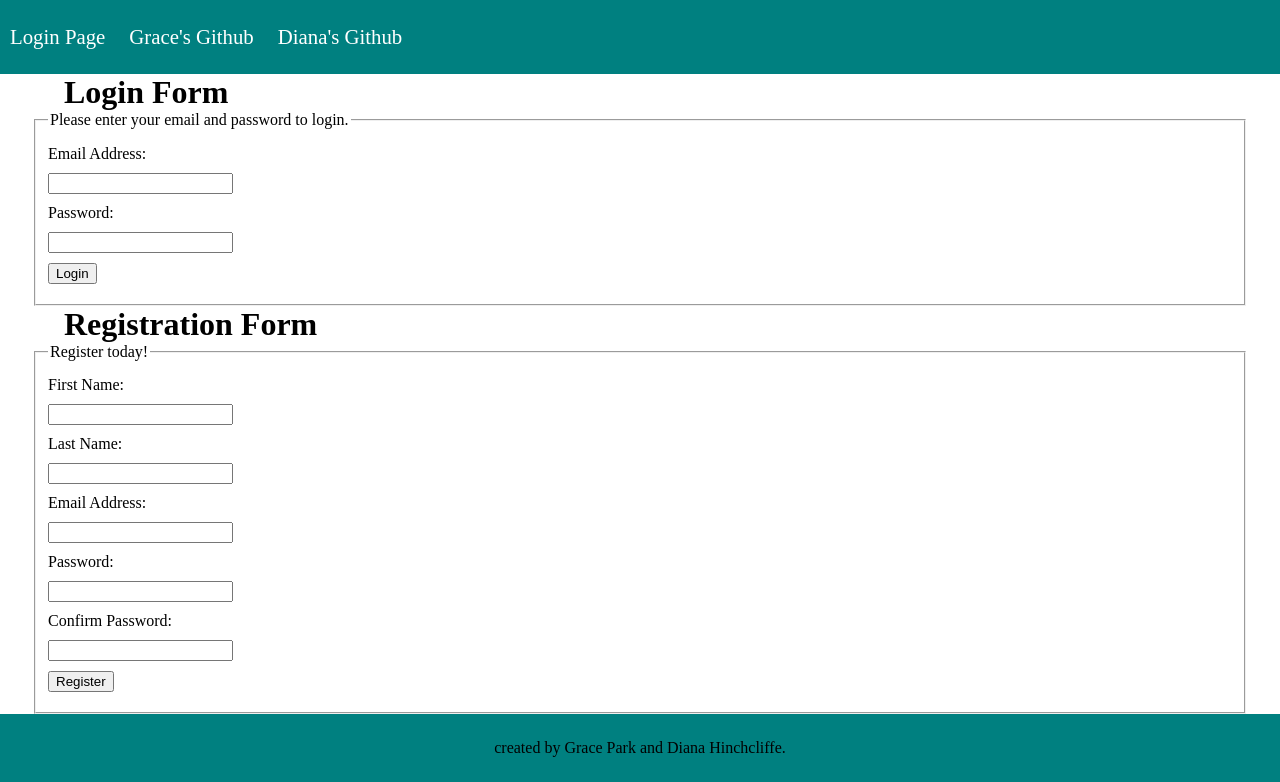
Repository: developergrace/cosw30
Page: http://localhost/labwork/lab2/login.php
The author's editor kept a record of every edit. The page is drawn from the files as they stood at one moment, then again after the next edit.
The browser window is 1280 px wide. The pictures show the whole page.
The page is run by PHP 8.4 with error messages shown; the project is at /var/www/html/.

Above is the page before.

After the next edit:
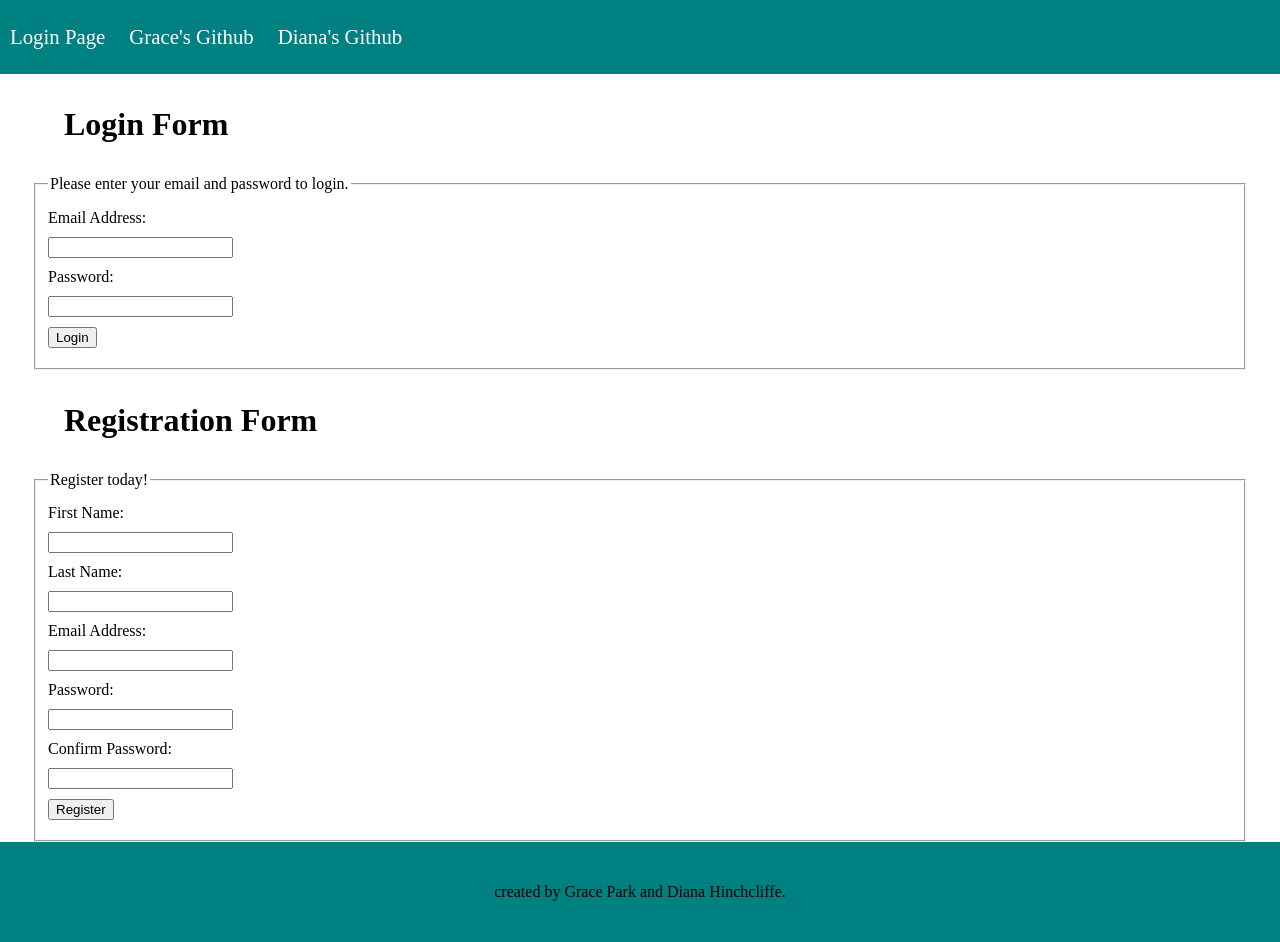
The edit:
--- a/labwork/lab2/login.php
+++ b/labwork/lab2/login.php
@@ -25,7 +25,11 @@
                 color: silver;
             }
 
-            h1, body p, form {
+            h1 {
+                margin: 1em 2em;
+            }
+
+            form {
                 margin: 0 2em;
             }
 
